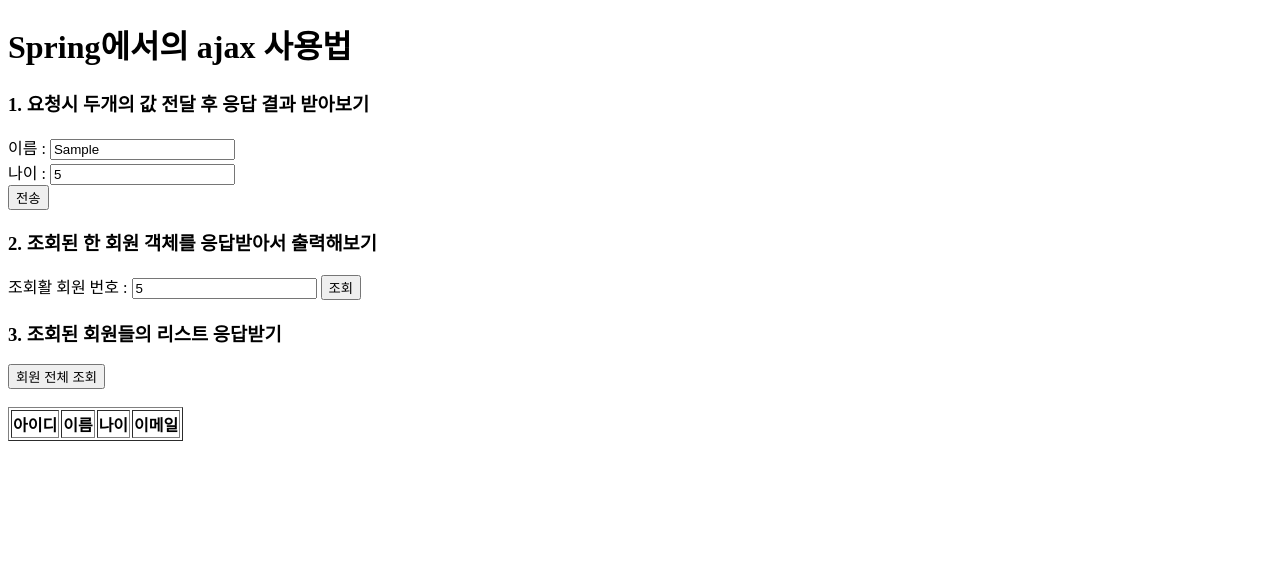
Repository: alsrnr45/SpringStudying
Page: http://localhost/ajaxProject/
The author's editor kept a copy of each file at every save. The page is drawn from the files as they stood at one save, then again after the next save.
The browser window is 1280 px wide. The pictures show the whole page.
Empty fields were first filled with sample values (such as "Sample", 5 or name@example.com).
After loading, the first visible `button[onclick="ajaxTest3();"]` was clicked once.
The page is served by Tomcat 9.

Above is the page before, as saved 2021-06-04 03:04:51.
Console error: SyntaxError: Unexpected token ')'

After the next save:
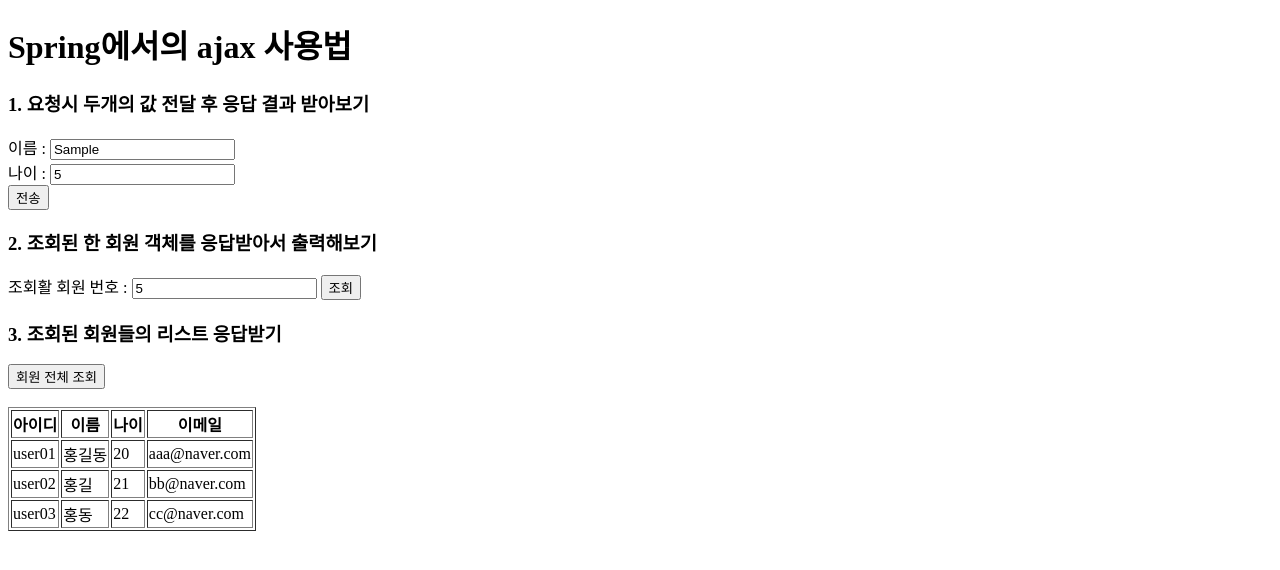
The error is gone.
Saved 4 min 37 s later.
--- a/ajaxProject/src/main/webapp/index.jsp
+++ b/ajaxProject/src/main/webapp/index.jsp
@@ -115,14 +115,14 @@
 					}
 					*/
 
-					$.each(list, function(i, obj)){ // i- 인덱스, obj(객체값)
+					$.each(list, function(i, obj){ // i- 인덱스, obj(객체값)
 						value += "<tr>"
 						         + "<td>" + obj.userId + "</td>"
 						         + "<td>" + obj.userName + "</td>"
 						         + "<td>" + obj.age + "</td>"
 						         + "<td>" + obj.email + "</td>"
 						         + "</tr>";
-					}
+					})
 
 					$("#tableList tbody").html(value);
 				}, error:function(){
